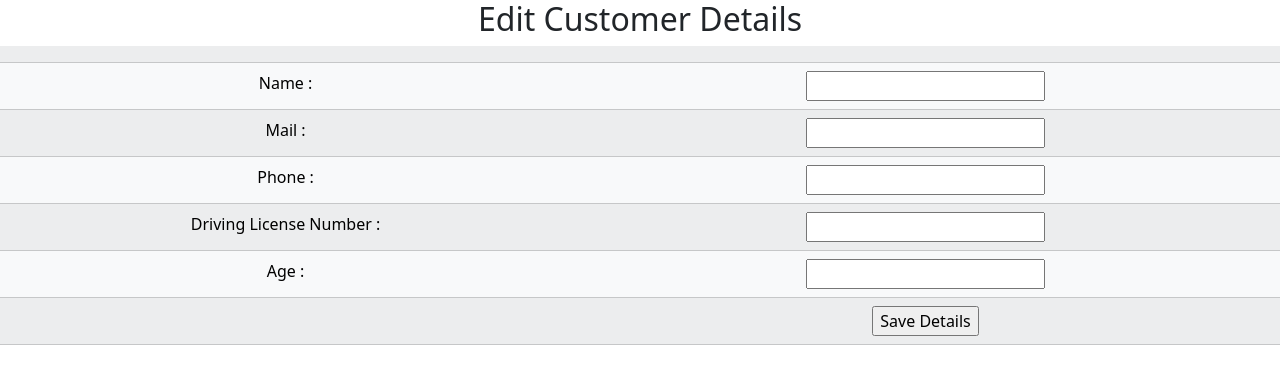
Repository: Nuthan12/Bike-Rental-System
Page: http://localhost/Bike_Rental_System/WEB-INF/jsp/customerEditForm.jsp
These files come from the project's save history. The page is drawn as it stood at one moment and after the next save; the edit follows.
The browser window is 1280 px wide. The pictures show the whole page.
The page is served by Tomcat 9. Nobody is signed in. The template is opened directly, without the code that normally fills it, so the values that code supplies are empty.

Above is the page before, as saved 2023-05-05 11:52:04.

After the next save:
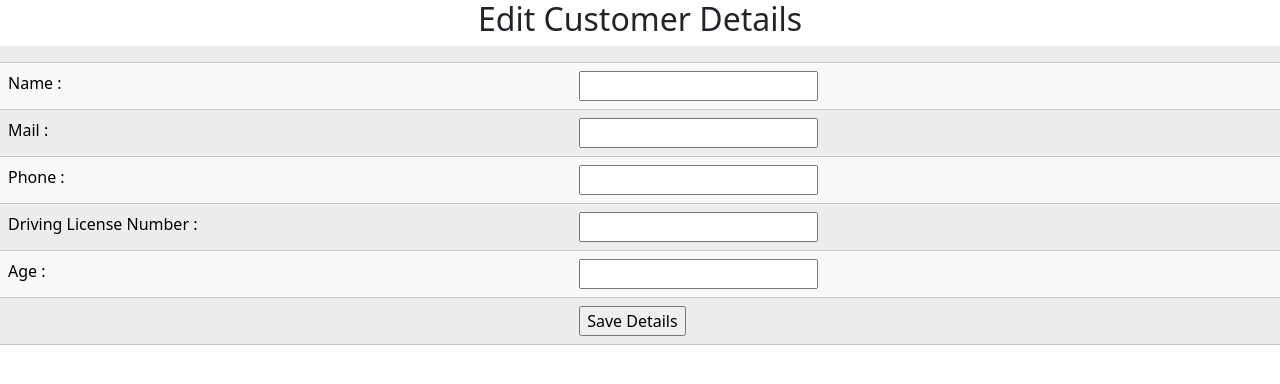
Saved 10 s later.
--- a/Bike_Rental_System/src/main/webapp/WEB-INF/jsp/customerEditForm.jsp
+++ b/Bike_Rental_System/src/main/webapp/WEB-INF/jsp/customerEditForm.jsp
@@ -16,7 +16,7 @@
 </head>
 <body>
 	<h2 align="center">Edit Customer Details</h2>
-	<form:form method="POST" action="editsave" align="center">
+	<form:form method="POST" action="editsave" >
 		<table class="table table-light table-striped">
 			<tr>
 				<td></td>
